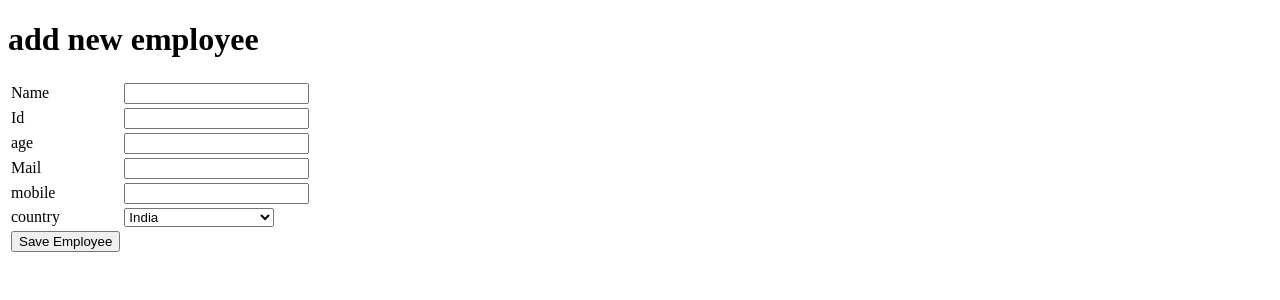
Repository: zeeshan495/AdvanceJava
Page: CrudServlets/WebContent/index.html
These files come from the project's save history. The page is drawn as it stood at one moment and after the next save; the edit follows.
The browser window is 1280 px wide. The pictures show the whole page.

Above is the page before, as saved 2018-06-28 09:55:00.

After the next save:
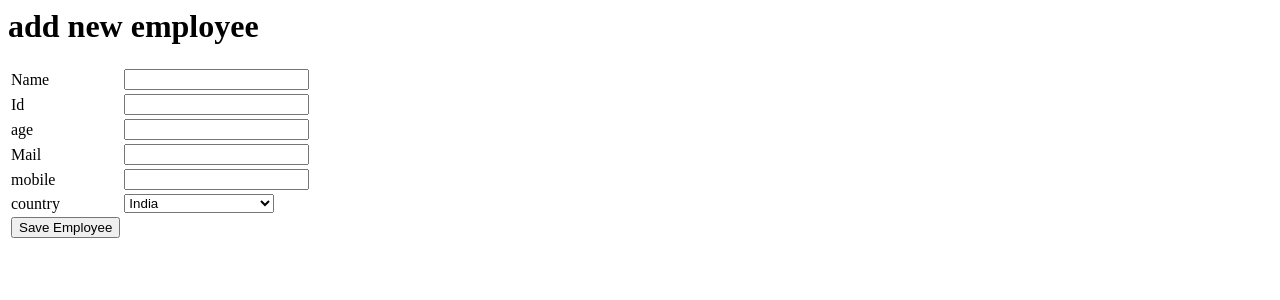
Saved 93 s later.
--- a/CrudServlets/WebContent/index.html
+++ b/CrudServlets/WebContent/index.html
@@ -1,4 +1,4 @@
-<!Doctype html>
+
 <html>
 <head>
 <meta charset="UTF-8">
